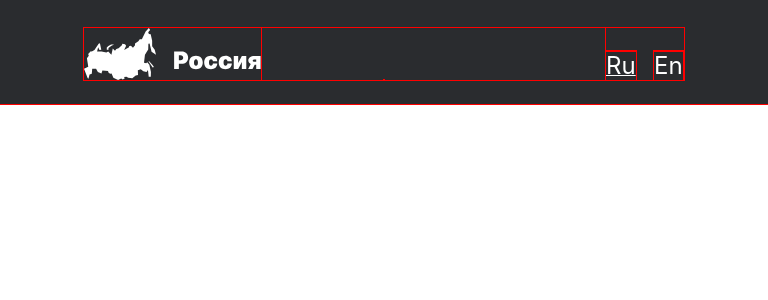
Repository: 89373611988/russia-travel
Page: index.html
These files come from the project's save history. The page is drawn as it stood at one moment and after the next save; the edit follows.
The browser window is 768 px wide. The pictures show the whole page.
Some web fonts or font styles are not loaded; a fallback is used.

Above is the page before, as saved 2021-12-18 14:30:28.

### index.html
<!DOCTYPE html>
<html lang="ru">
  <head>
    <meta charset="UTF-8" />
    <meta name="viewport" content="width=device-width, initial-scale=1">
    <title>Путешествие по России</title>
    <link rel="stylesheet" href="pages/index.css" />
  </head>
  <body>
    <div class="page">
      <header class="header page__header">
        <img src="./images/header-logo.svg" alt="" class="header__logo">
        <ul class="header__list">
          <li class="header__item">
            <a href="#" target="_blank" class="header__lang-link">Ru</a>
          </li>
          <li class="header__item">
            <a href="#" target="_blank" class="header__lang-link">En</a>
          </li>
        </ul>
      </header>

      <main class="content">
      </main>

      <footer class="footer">
    </div>
  </body>
</html>

### pages/index.css
@import url("../styles/normalize.css");

@import url("../blocks/page/page.css");
@import url("../blocks/page/__header/page__header.css");

@import url("../blocks/header/header.css");
@import url("../blocks/header/__logo/header__logo.css");
@import url("../blocks/header/__list/header__list.css");
@import url("../blocks/header/__item/header__item.css");
@import url("../blocks/header/__lang-link/header__lang-link.css");

@import url("../fonts/Inter\ Web");

### blocks/page/page.css
* {
  outline-width: 1px;
  outline-style: solid;
  outline-color: red;
}

.page {
  color: #ffffff;
  background-color: #2a2c2f;
  font-family: "Inter";
  font-style: normal;
  padding: 28px 0 24px;
  -moz-osx-font-smoothing: grayscale;
  -webkit-font-smoothing: antialiased;
  -webkit-text-size-adjust: 100%;
  -ms-text-size-adjust: 100%;
  -moz-text-size-adjust: 100%;
  text-rendering: optimizeLegibility;
  display: flex;
  flex-direction: column;
  align-items: center;
}

### blocks/page/__header/page__header.css
.page__header {
}

### blocks/header/header.css
.header {
  display: flex;
  flex-direction: row;
  justify-content: space-between;
  width: 1184px;
}

@media (max-width: 1200px) {
  .header {
    width: 928px;
  }
}

@media (max-width: 940px) {
  .header {
    width: 720px;
  }
}

@media (max-width: 768px) {
  .header {
    width: 600px;
  }
}

@media (max-width: 330px) {
  .header {
    width: 288px;
  }
}

### blocks/header/__logo/header__logo.css
.header__logo {

}

### blocks/header/__list/header__list.css
.header__list {
  display: flex;
  flex-direction: row;
  align-items: flex-end;
  padding: 0;
  margin: 0;
}

### blocks/header/__item/header__item.css
.header__item {
  list-style-type: none;
  width: 30px;
  height: 28px;
}

.header__item:first-child {
  margin-right: 18px;
  text-decoration: underline;
}

### blocks/header/__lang-link/header__lang-link.css
.header__lang-link {
  font-size: 24px;
  line-height: 28px;
  color: #fff;
  text-decoration: none;
}

Loaded but not shown: styles/normalize.css (library)

After the next save:
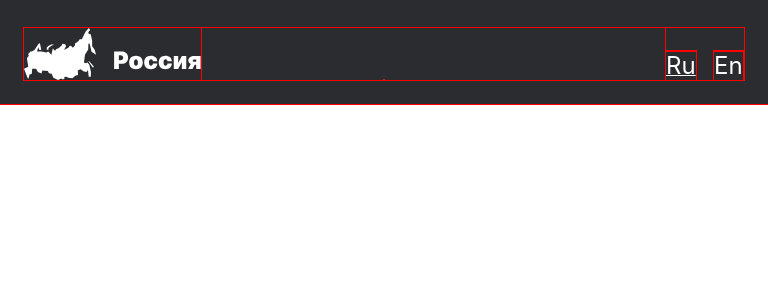
Saved 4 s later.
--- a/blocks/header/header.css
+++ b/blocks/header/header.css
@@ -19,7 +19,7 @@
 
 @media (max-width: 768px) {
   .header {
-    width: 600px;
+    width: 720px;
   }
 }
 
